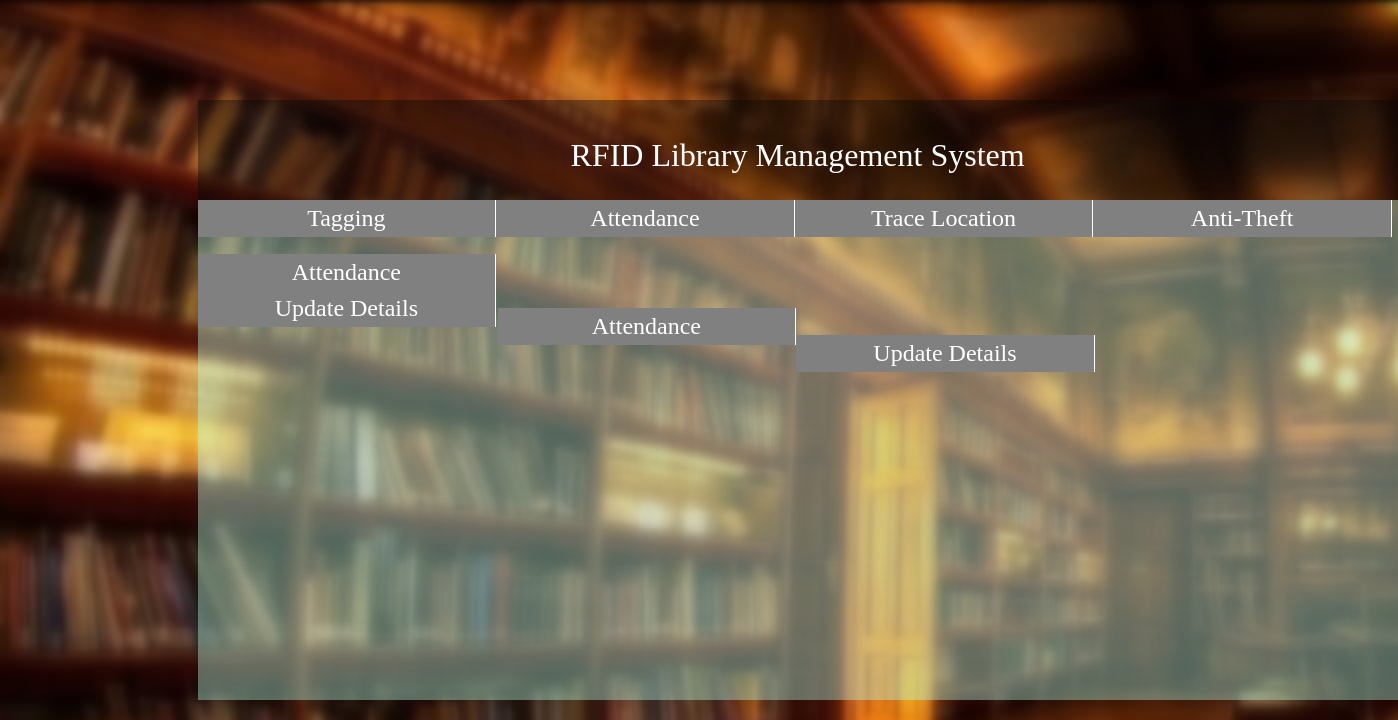
Repository: vigineshs/A-Smart-Data-Analyzer-for-Library-Management-System
Page: http://localhost/librarymgmt/attend.jsp
An editor plug-in stored every save of this project. The page is shown before and after the next save, followed by the edit.
The browser window is 1280 px wide. The page is 1398 px wide, so the pictures cover 1398 px, including what lies to the right of the window. The pictures show the whole page.
The page is served by Tomcat 9.

Above is the page before, as saved 2013-02-11 14:40:10.

After the next save:
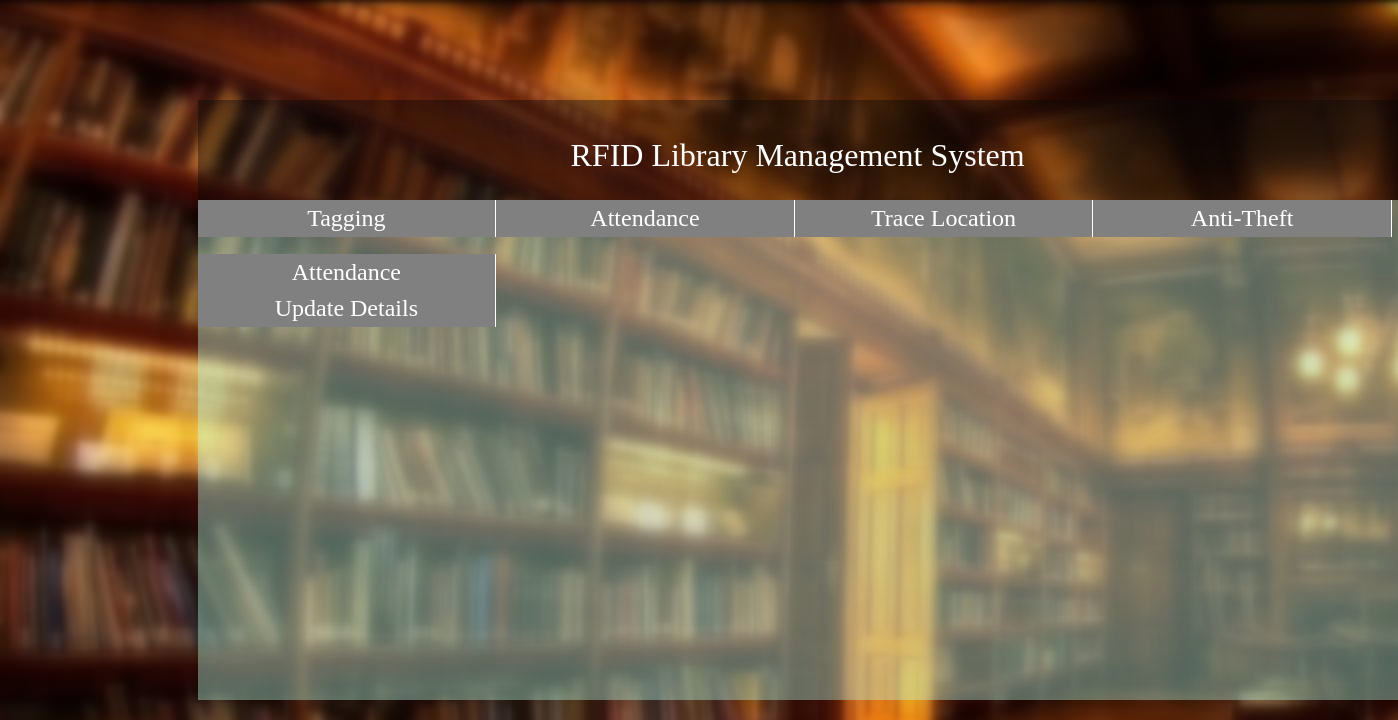
Saved 15 s later.
--- a/PassiveRFID/CS203-Version 1.0.6/Demo Applications/Dot Net C#/Demo Applications Source Code/RFID/librarymgmt/WebContent/attend.jsp
+++ b/PassiveRFID/CS203-Version 1.0.6/Demo Applications/Dot Net C#/Demo Applications Source Code/RFID/librarymgmt/WebContent/attend.jsp
@@ -26,8 +26,7 @@ RFID Library Management System
 <a href="updetails.jsp">Update Details</a><br/>
 	</div>
 	<div id="rcon">
-<a href="attendance.jsp">Attendance</a><br/>
-<a href="updetails.jsp">Update Details</a><br/>
+
 
 	</div>
 </div>
